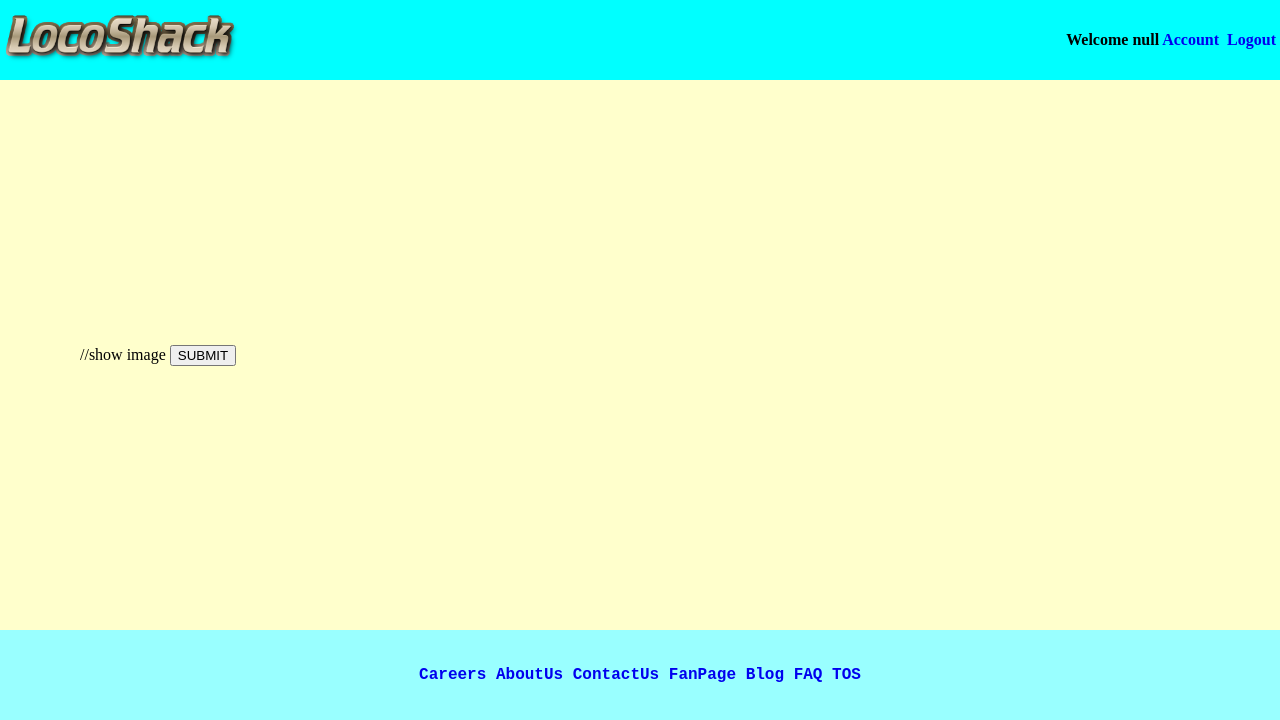
Repository: nicks707/LocoShack_TGMC-project
Page: http://localhost/ram/showsurvey.jsp
The author's editor kept a copy of each file at every save. The page is drawn from the files as they stood at one save, then again after the next save.
The browser window is 1280 px wide. The pictures show the whole page.
The page is served by Tomcat 9. Other server files are loaded and not shown. Queries for data that is not in the repository find no rows.

Above is the page before, as saved 2012-03-21 19:20:15.

### ram/WebContent/showsurvey.jsp
<%@ page language="java" import="java.sql.*" contentType="text/html; charset=ISO-8859-1"
    pageEncoding="ISO-8859-1"%>
<!DOCTYPE html PUBLIC "-//W3C//DTD HTML 4.01 Transitional//EN" "http://www.w3.org/TR/html4/loose.dtd">
<html>
<head>
<meta http-equiv="Content-Type" content="text/html; charset=ISO-8859-1">
<title>Insert title here</title>
<style>
html, body,table
{
  height: 100%;
  width:100%;
}
</style>
</head>
<body style="margin-top:0px;margin-left:0px;margin-right:0px">
<table width="100%" cellpadding="0" cellspacing="0"   style="background-color:#FFFFCC">
<form action="">
<tr height="60px"><td><jsp:include page="accheader.jsp"></jsp:include></td></tr>
<tr><td style="padding-left:80px;">
//show image
<%
String userid=(String)session.getAttribute("userid");
String surveyid=request.getParameter("surveyid");
try
{
	Class.forName("com.ibm.db2.jcc.DB2Driver");
	Connection con=DriverManager.getConnection("jdbc:db2://localhost:50000/GEO","db2admin","tgmc");
    Statement st=con.createStatement();
    ResultSet rs=st.executeQuery("select * from db2admin.survey_que where surveyid='"+surveyid+"'");
    while(rs.next())
    {
    %>
    <br/>
   <center> <b>About Image</b><br/>
    <%=rs.getString("surdes") %><br/>
    <b>City</b><br/>
    <%=rs.getString("city") %></center>
     <b>  Q1:<%=rs.getString("q1") %><br/></b>
       <input type="radio" name="a1" value="1" checked="checked">Poor&nbsp;
       <input type="radio" name="a1" value="2">Average&nbsp;
       <input type="radio" name="a1" value="3" >Good&nbsp;
       <input type="radio" name="a1" value="4" >Excellent&nbsp;
       <input type="radio" name="a1" value="5" >Outstanding<br/>



      <b>   Q2:<%=rs.getString("q2") %><br/></b>
       <input type="radio"   name="a2" value="1" checked="checked">Poor&nbsp;
       <input type="radio" name="a2" value="2">Average&nbsp;
       <input type="radio" name="a2" value="3" >Good&nbsp;
       <input type="radio" name="a2" value="4" >Excellent&nbsp;
       <input type="radio" name="a2" value="5" >Outstanding<br/>


        <b> Q3:<%=rs.getString("q3") %><br/></b>
       <input type="radio" name="a3" value="1" checked="checked">Poor&nbsp;
       <input type="radio" name="a3" value="2">Average&nbsp;
       <input type="radio" name="a3" value="3" >Good&nbsp;
       <input type="radio" name="a3" value="4" >Excellent&nbsp;
       <input type="radio" name="a3" value="5" >Outstanding<br/>


       <b>  Q4:<%=rs.getString("q4") %><br/></b>
       <input type="radio" name="a4" value="1" checked="checked">Poor&nbsp;
       <input type="radio" name="a4" value="2">Average&nbsp;
       <input type="radio" name="a4" value="3" >Good&nbsp;
       <input type="radio" name="a4" value="4" >Excellent&nbsp;
       <input type="radio" name="a4" value="5" >Outstanding<br/>


     <b>    Q5:<%=rs.getString("q5") %><br/></b>
       <input type="radio" name="a5" value="1" checked="checked">Poor&nbsp;
       <input type="radio" name="a5" value="2">Average&nbsp;
       <input type="radio" name="a5" value="3" >Good&nbsp;
       <input type="radio" name="a5" value="4" >Excellent&nbsp;
       <input type="radio" name="a5" value="5" >Outstanding<br/>





  <%

    }
}//try ends
catch(Exception e)
{
out.println(e);
}
%>

<input type="submit" value="SUBMIT">
</td></tr>
<tr height="60px"><td><jsp:include page="footer.jsp"></jsp:include></td></tr>
</form>
</table>
</body>
</html>

### ram/WebContent/accheader.jsp
<%@ page language="java" contentType="text/html; charset=ISO-8859-1"
    pageEncoding="ISO-8859-1"%>
<!DOCTYPE html PUBLIC "-//W3C//DTD HTML 4.01 Transitional//EN" "http://www.w3.org/TR/html4/loose.dtd">
<html>
<head>
<meta http-equiv="Content-Type" content="text/html; charset=ISO-8859-1">
<title>Insert title here</title>
<style>
a{text-decoration: none;}
</style>
</head>
<body style="margin-top:0px;margin-left:0px;margin-right:0px">
<table bgcolor="#00FFFF" width="100%" cellpadding="0" cellspacing="0">
<tr height="80px"><td>&nbsp;<a href="main2.jsp"><img src="images/logo.png" border="0px" height="50px"></img></a></td><td>&nbsp;</td><td align="right"><b>Welcome <%=session.getAttribute("id") %> <a href="accmain.jsp">Account</a>&nbsp;<a href="logout.jsp">&nbsp;Logout&nbsp;</a><b></b></td></tr>
</table>


</body>

</body>
</html>

### ram/WebContent/footer.jsp
<%@ page language="java" contentType="text/html; charset=ISO-8859-1"
    pageEncoding="ISO-8859-1"%>
<!DOCTYPE html PUBLIC "-//W3C//DTD HTML 4.01 Transitional//EN" "http://www.w3.org/TR/html4/loose.dtd">
<html>
<head>
<meta http-equiv="Content-Type" content="text/html; charset=ISO-8859-1">
<title>Insert title here</title>
</head>
<style>
a{text-decoration:none;}
</style>
<body style="margin-top:0px;margin-left:0px;margin-right:0px;">
<table width=100% border="0px" cellpadding="0px" cellspacing="0px">
<tr    bgcolor="#99FFFF" style="height:90px;">
<td  colspan="3" width="100%"  align="center"> <font color="#330099" face="Courier New, Courier, monospace"><b><a href="careers.jsp">Careers</a> <a href="abtus.jsp">AboutUs</a> <a href="contact.jsp">ContactUs</a> <a href="http://www.facebook.com">FanPage</a> <a href="blog.jsp">Blog</a> <a href="faq.jsp">FAQ</a> <a href="tos.jsp">TOS</a></b></font></td>
</tr>


</table>

</body>
</html>

After the next save:
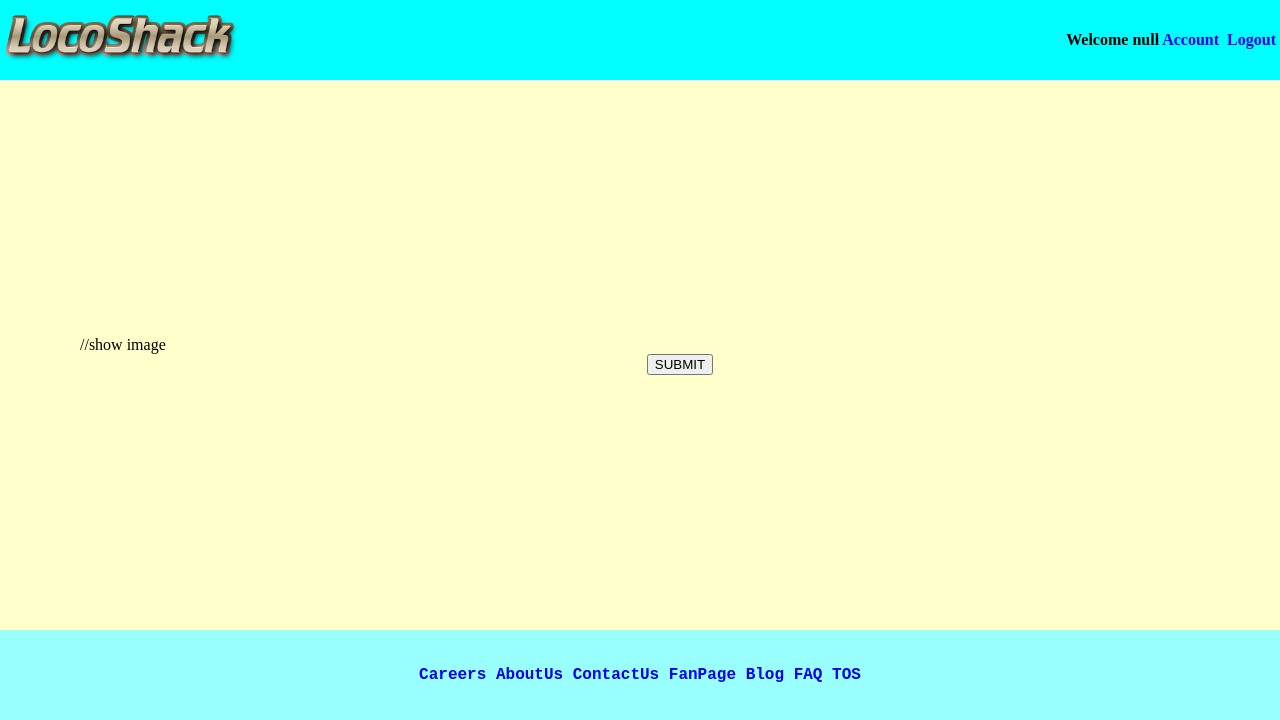
Saved 34 s later.
--- a/ram/WebContent/showsurvey.jsp
+++ b/ram/WebContent/showsurvey.jsp
@@ -90,7 +90,7 @@ out.println(e);
 }
 %>
 
-<input type="submit" value="SUBMIT">
+<center><input type="submit" value="SUBMIT"></center>
 </td></tr>
 <tr height="60px"><td><jsp:include page="footer.jsp"></jsp:include></td></tr>
 </form>
